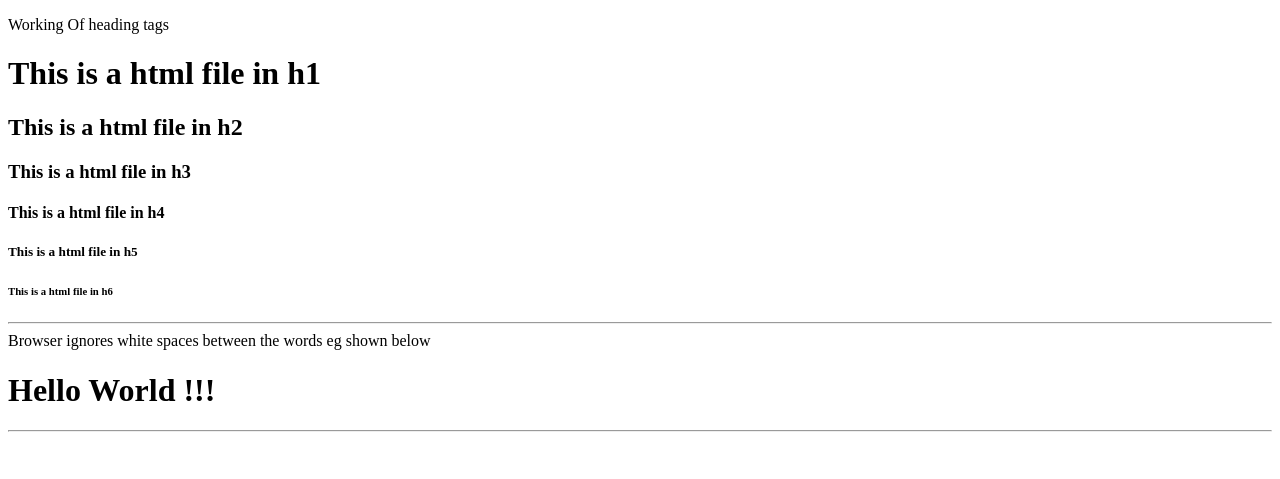
Repository: Datta2901/Basic-Html
Page: Heading.html
The author's editor kept a copy of each file at every save. The page is drawn from the files as they stood at one save, then again after a run of saves.
The browser window is 1280 px wide. The pictures show the whole page.

Above is the page before, as saved 2021-01-11 14:40:15.

### Heading.html
<!DOCTYPE html>
<html>
    <head>
        <title>Heading Size</title>
    </head>
    <body>
        <p> Working Of heading tags </p>
        <h1>This is a html file in h1 </h1>
        <h2>This is a html file in h2 </h2>
        <h3>This is a html file in h3 </h3>
        <h4>This is a html file in h4 </h4>
        <h5>This is a html file in h5 </h5>
        <h6>This is a html file in h6 </h6>
        <hr>
        <!
        <p>Browser ignores white spaces between the words eg shown below</p>
        <h1>Hello       World           !!! </h1>
        <hr>
    </body>
</html>

After the next 7 saves:
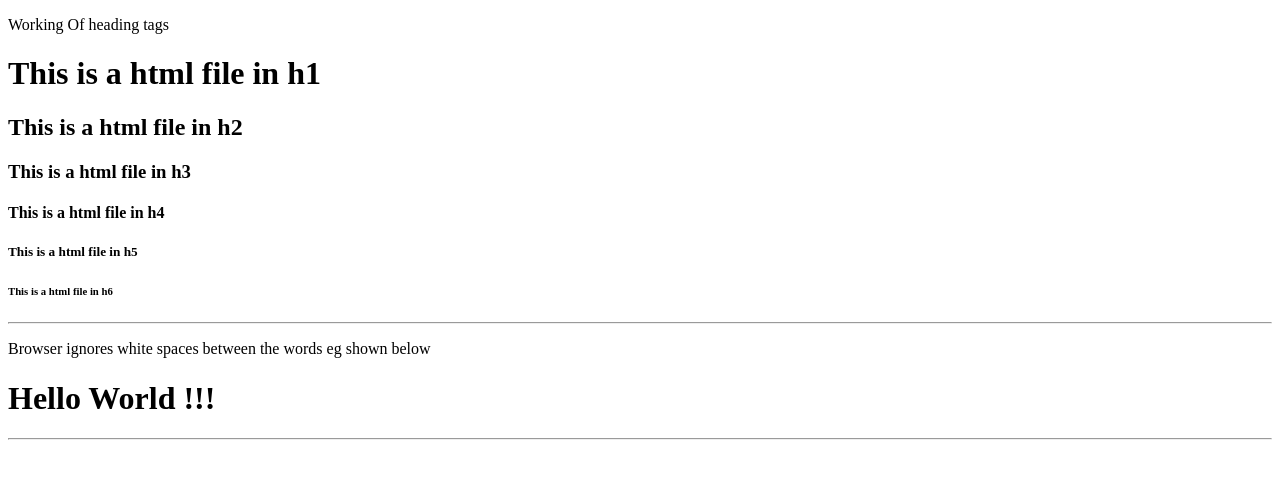
The 7 saves are shown as one change because they came seconds apart.
The last was saved 13 s later.
--- a/Heading.html
+++ b/Heading.html
@@ -12,7 +12,7 @@
         <h5>This is a html file in h5 </h5>
         <h6>This is a html file in h6 </h6>
         <hr>
-        <!
+        <!-- This is a comment-->
         <p>Browser ignores white spaces between the words eg shown below</p>
         <h1>Hello       World           !!! </h1>
         <hr>
